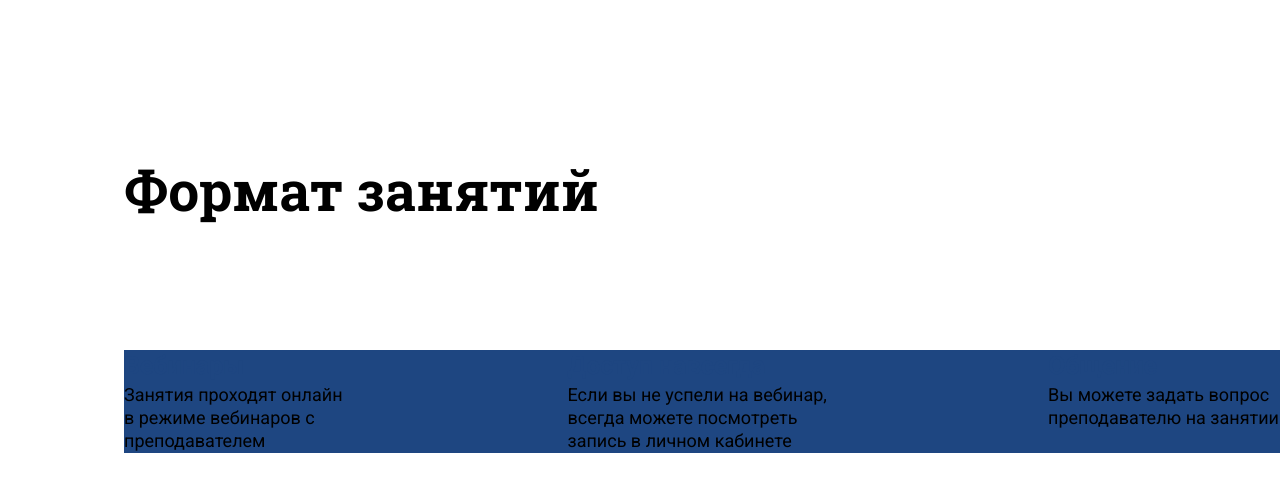
Repository: PoladEziz/Task2
Page: index.html
The author's editor kept a copy of each file at every save. The page is drawn from the files as they stood at one save, then again after a run of saves.
The browser window is 1280 px wide. The pictures show the whole page.

Above is the page before, as saved 2023-05-04 17:32:40.

### index.html
<!DOCTYPE html>
<html lang="en">

<head>
    <meta charset="UTF-8">
    <meta http-equiv="X-UA-Compatible" content="IE=edge">
    <meta name="viewport" content="width=device-width, initial-scale=1.0">
    <title>Document</title>
    <link rel="stylesheet" href="index.css">
</head>

<body>
    <div class="main">
        <div class="page-1">
            <h1>Формат занятий</h1>
            <div class="top_child">

                <ul>
                    <li>
                        <h2>Вебинары</h2>
                        <p>Занятия проходят онлайн
                            в режиме вебинаров
                            с преподавателем</p>
                    </li>

                    <li>
                        <h2>Доступ навсегда</h2>
                        <p>Если вы не успели на вебинар, всегда можете посмотреть запись в личном кабинете</p>
                    </li>

                    <li>
                        <h2>Общение</h2>
                        <p>Вы можете задать вопрос
                            преподавателю на занятии</p>
                    </li>


                </ul>
            </div>

        </div>
        <!-- <div class="page-2">
            <h1>Что узнаем</h1>
            <ul>
                <li>Кто чем занят в съёмочной группе; </li>
                <li>На какие этапы делится кинопроизводство; </li>
                <li>Как выглядит сценарий фильма и как он меняется по ходу съёмок; </li>
                <li>Какими методами режиссёры заставляют нас смеяться, плакать и грустить; </li>
                <li>Как построение кадра, музыка и свет помогают считывать заложенные в фильм смыслы; </li>
                <li>Какие жанры есть в кино и как от них зависит работа операторов, осветителей и монтажёров; </li>
                <li>Как, зная всё это, понимать, о чем фильм.</li>
            </ul>




        </div> -->


    </div>
</body>

</html>

### index.css
@import url("https://fonts.googleapis.com/css2?family=Roboto+Slab:wght@700&family=Roboto:wght@700&display=swap");
@import url("https://fonts.googleapis.com/css2?family=Roboto&family=Roboto+Slab:wght@700&display=swap");

* {
  margin: 0;
  padding: 0;
}

.main {
  width: 100%;
  display: flex;
  flex-direction: column;
}

.page-1 {
  padding-top: 162px;
  padding-left: 124px;
}

.page-1 h1 {
  margin-bottom: 133px;
  font-family: "Roboto Slab";
  font-style: normal;
  font-weight: 700;
  font-size: 55px;
  line-height: 55px;
}
.page-1 ul {
  width: 100%;
  display: flex;
  justify-content: space-between;
  background-color: #1e4681;
}
.page-1 ul li {
  list-style-type: none;
}
li:nth-child(1) {
  width: 223px;
}
li:nth-child(2) {
  width: 260px;
}
li:nth-child(3) {
  width: 232px;
}
.page-1 ul li h2 {
  font-family: "Roboto";
  font-style: normal;
  font-weight: 700;
  font-size: 25px;
  line-height: 130%;
  color: #1e4681;
}

.page-1 ul li p {
  font-family: "Roboto";
  font-style: normal;
  font-weight: 400;
  font-size: 18px;
  line-height: 130%;
}

.top_child {
  display: flex;
  flex-direction: row;
  width: 100%;
}

.page-1 h1 {
  width: 100%;
}

.bot_box {
  width: 100%;
  display: flex;
  flex-direction: column;
}

.bot_box h1 {
  font-family: Roboto Slab;
  font-size: 55px;
  font-weight: 700;
  line-height: 56px;
  text-align: left;
}

.bot_box ul li {
  font-family: Roboto;
  font-size: 24px;
  font-weight: 400;
  line-height: 36px;
  text-align: left;
}

After the next 2 saves:
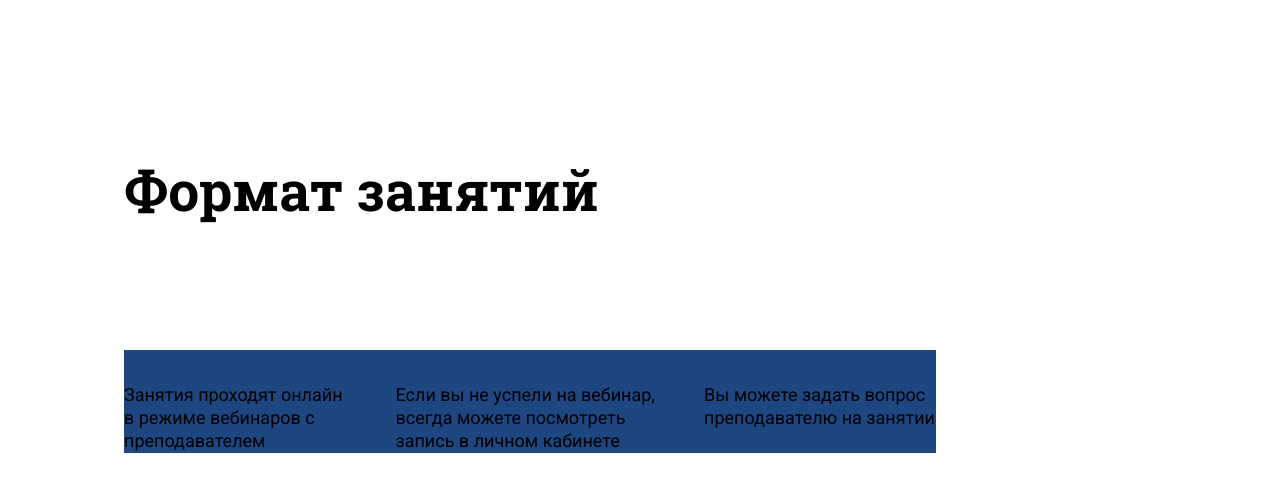
The 2 saves are shown as one change because they came seconds apart.
The last was saved 50 s later.
--- a/index.css
+++ b/index.css
@@ -15,6 +15,7 @@
 .page-1 {
   padding-top: 162px;
   padding-left: 124px;
+  padding-right: 344px;
 }
 
 .page-1 h1 {
